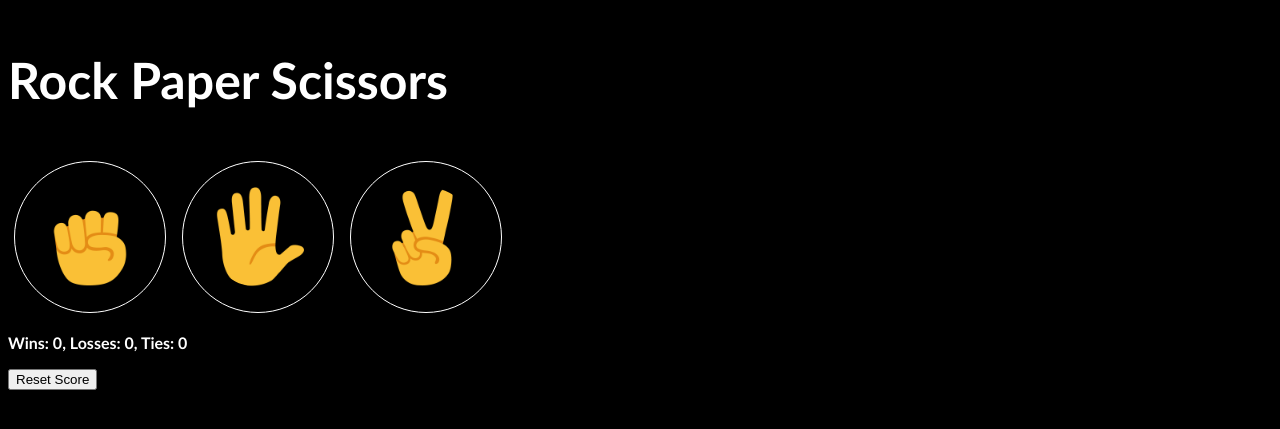
Repository: pgyunknown/Rock_paper_scissors-
Page: index.html
An editor plug-in stored every save of this project. The page is shown before and after the next save, followed by the edit.
The browser window is 1280 px wide. The pictures show the whole page.

Above is the page before, as saved 2024-08-30 17:15:32.

After the next save:
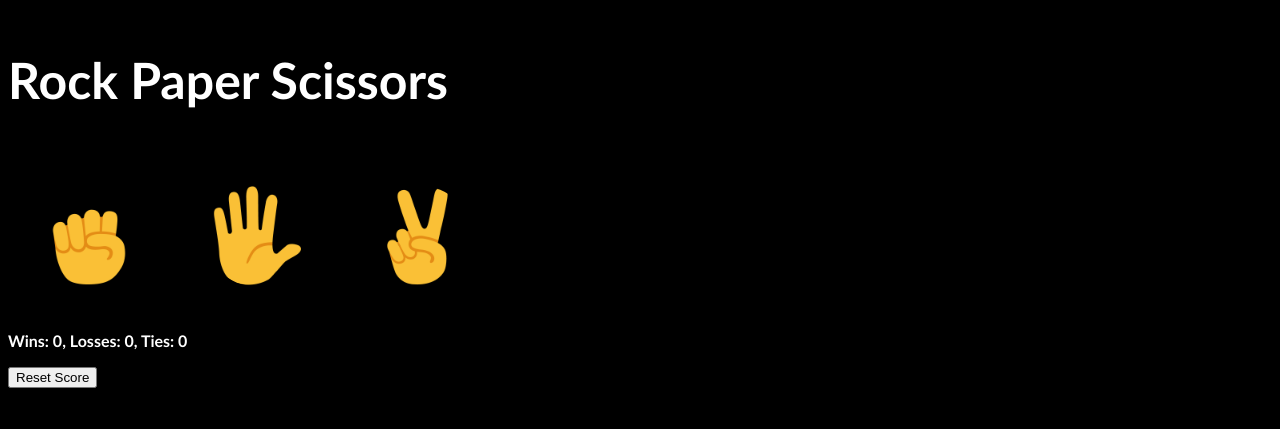
Saved 8 s later.
--- a/index.css
+++ b/index.css
@@ -13,7 +13,7 @@ button img{
   height: 100px;
   width: 100px;
   background-color: black;
-  border: 1px solid white;
+  border: px solid white;
   border-radius: 50%;
   padding: 25px;
 }
